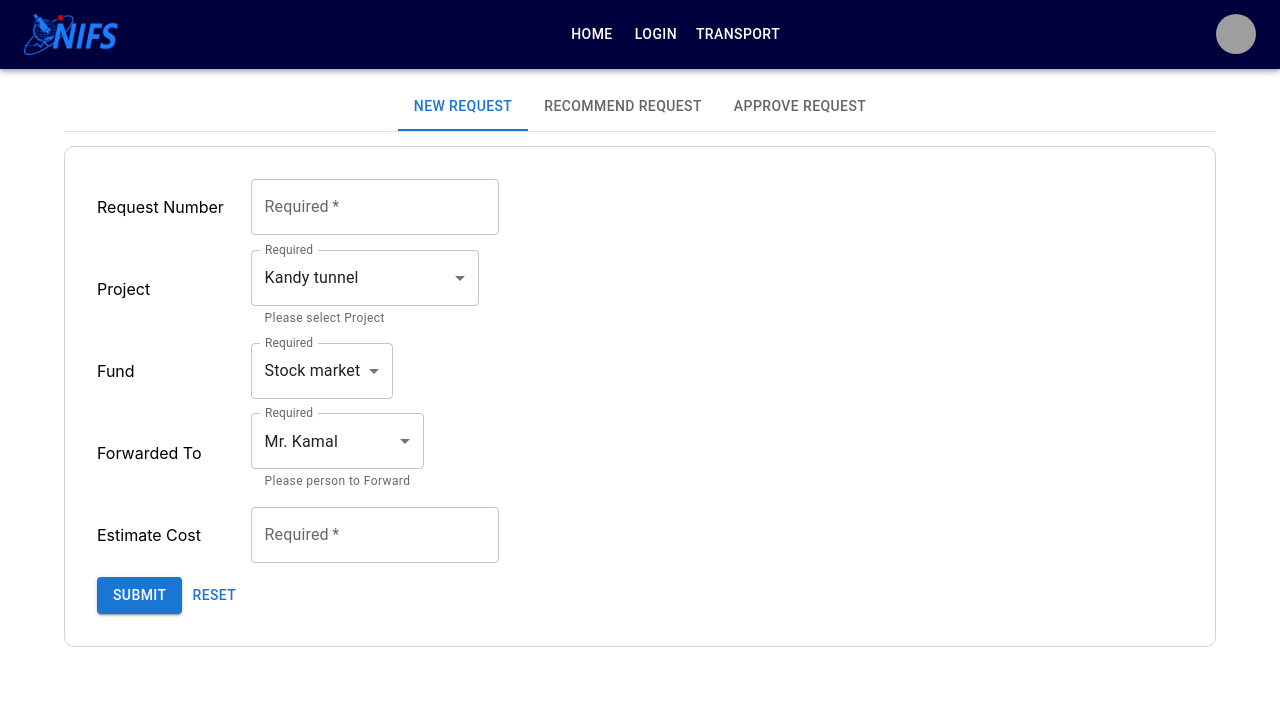
Repository: Ravindu97/NIFS_WebApplication
Page: /transport (app in client/)
An editor plug-in stored every save of this project. The page is shown before and after the next save, followed by the edit.
The browser window is 1280 px wide. The pictures show the whole page.
Pictures or frames that could not be fetched are drawn as grey boxes. The project was rebuilt for these pictures with package versions that can differ from the ones it lists, and the page was loaded fresh each time. Also part of the build but not shown: client/src/pages/Home.js, client/src/pages/Login.js, client/src/components/Transport/RecommendedRequest.js, client/src/components/Transport/ApproveRequest.js.

Above is the page before, as saved 2022-07-01 00:09:21.

After the next save:
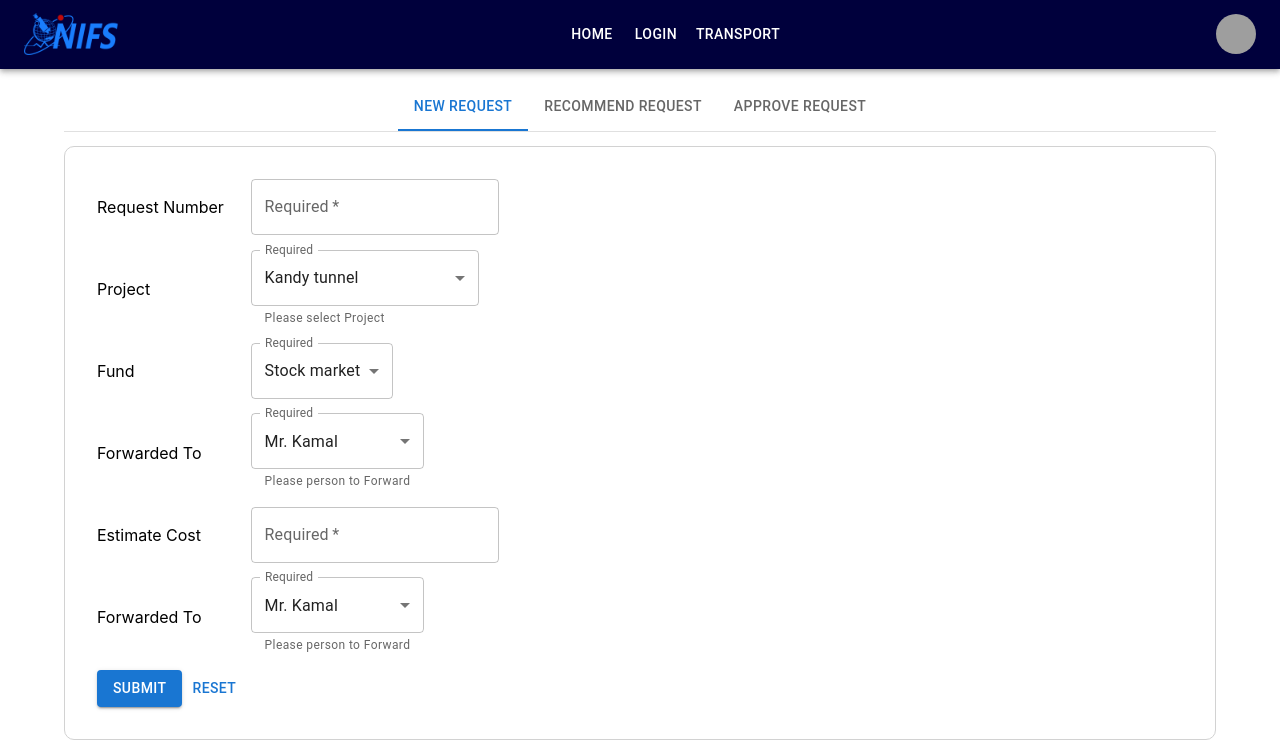
Saved 53 s later.
--- a/client/src/components/Transport/NewRequest.js
+++ b/client/src/components/Transport/NewRequest.js
@@ -126,6 +126,28 @@ function NewRequest() {
 					/>
 				</div>
 
+				{/* travel type */}
+				<div className="input-fields">
+					<label>Forwarded To</label>
+					<TextField
+						id="outlined-select-forward-native"
+						select
+						label="Required"
+						name="forwardTo"
+						{...register('forwardTo', { required: true })}
+						SelectProps={{
+							native: true,
+						}}
+						helperText="Please person to Forward"
+					>
+						{forwardedTo.map((option) => (
+							<option key={option.id} value={option.value}>
+								{option.value}
+							</option>
+						))}
+					</TextField>
+				</div>
+
 				{/* submit button */}
 				<Button type="submit" variant="contained">
 					Submit
@@ -143,8 +165,8 @@ function NewRequest() {
 							requestDate: '',
 							time: '',
 							estimateCost: '',
-							type: '',
-							modeTravel: '',
+							travelType: '',
+							travelMode: '',
 							purpose: '',
 							note: '',
 							employee: '',
